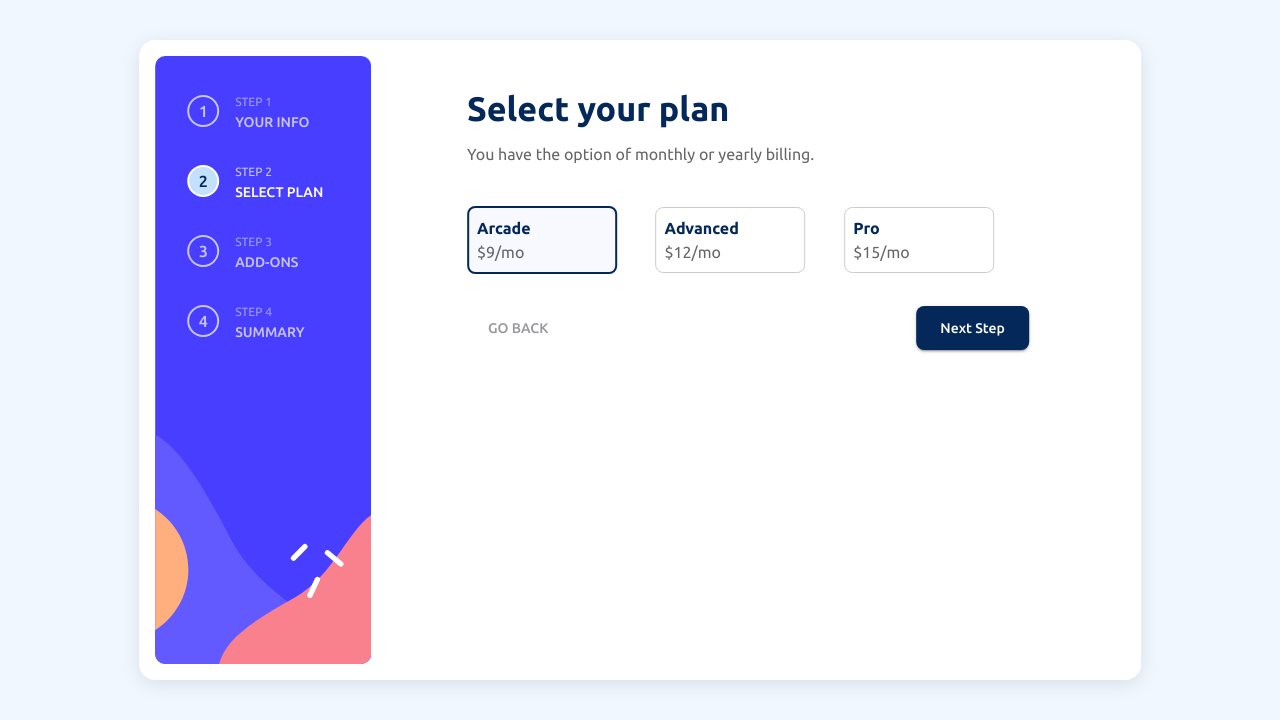
Repository: ozerrrs/chalange7days
Page: / (app in 7dayschalange/7dayschallange/), after clicking the first element matching `button.MuiButtonBase-root`
The author's editor kept a copy of each file at every save. The page is drawn from the files as they stood at one save, then again after the next save.
The browser window is 1280 px wide. The pictures show the whole page.
The project was rebuilt for these pictures with package versions that can differ from the ones it lists, and the page was loaded fresh each time. Also part of the build but not shown: 7dayschalange/7dayschallange/vite.config.js.

Above is the page before, as saved 2025-03-05 15:34:37.

After the next save:
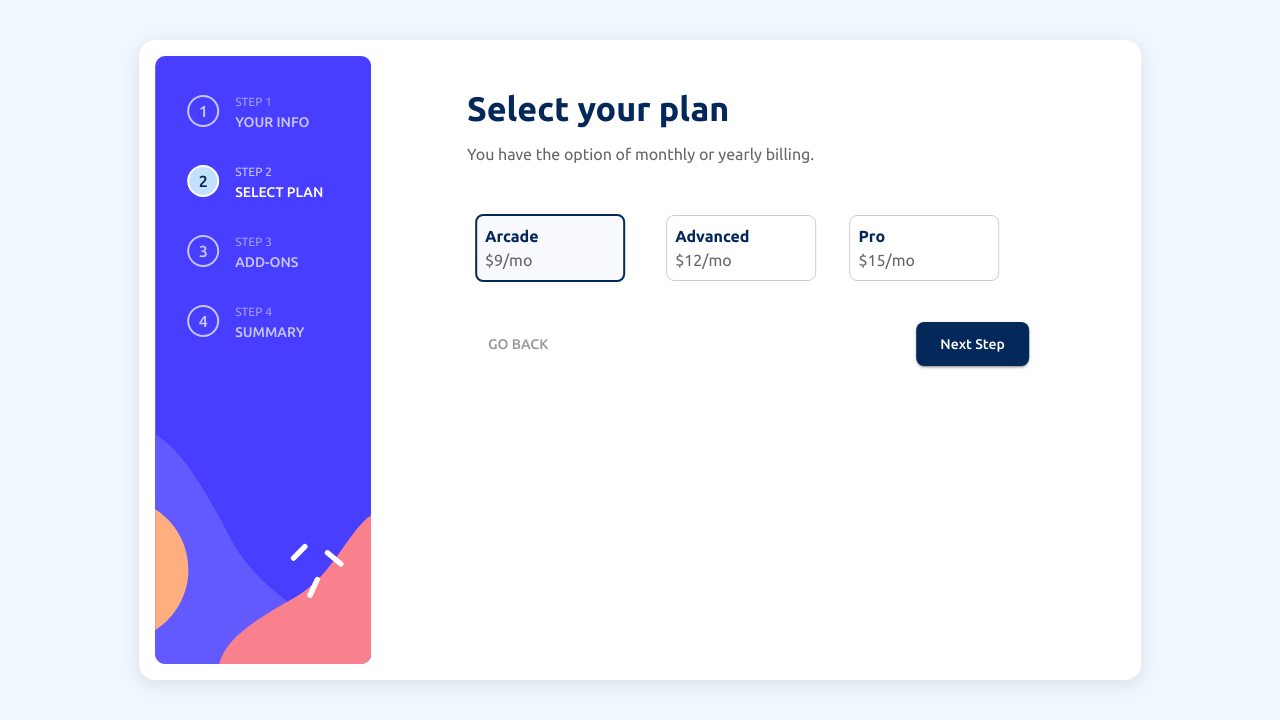
Saved 19 s later.
--- a/7dayschalange/7dayschallange/src/pages/firstPage.jsx
+++ b/7dayschalange/7dayschallange/src/pages/firstPage.jsx
@@ -246,7 +246,7 @@
                       </Box>
                     </PlanCard>
                   }
-                  sx={{ margin: 0, flex: 1 }}
+                  sx={{ margin: 0, flex: 1, padding: 1 }}
                 />
 
                 <FormControlLabel

After the save that followed:
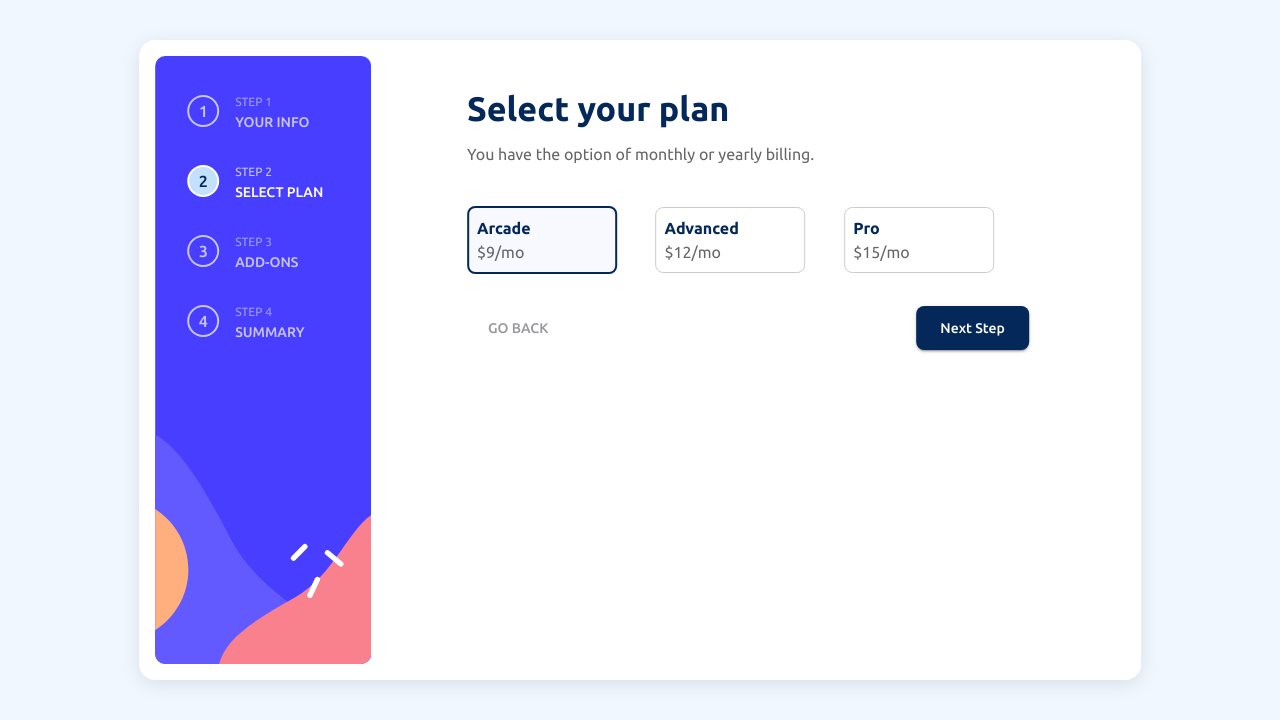
Saved 9 s later.
--- a/7dayschalange/7dayschallange/src/pages/firstPage.jsx
+++ b/7dayschalange/7dayschallange/src/pages/firstPage.jsx
@@ -246,7 +246,7 @@
                       </Box>
                     </PlanCard>
                   }
-                  sx={{ margin: 0, flex: 1, padding: 1 }}
+                  sx={{ margin: 0, flex: 1 }}
                 />
 
                 <FormControlLabel
